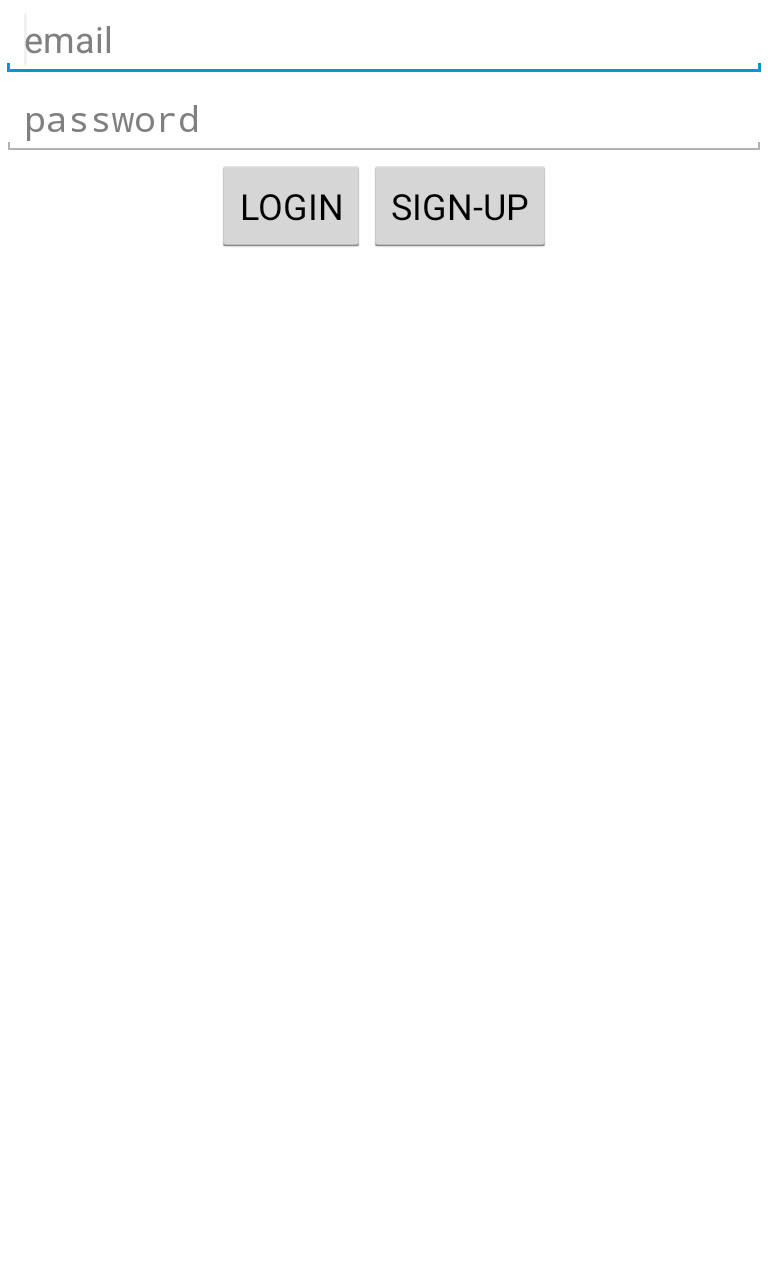
Repository: elvispap/The_Voice_of_People_Android_app
Layout: Voice of People/res/layout/login.xml
An editor plug-in stored every save of this project. The layout is shown before and after the next save, followed by the edit.
It is drawn on a 768 x 1280 px phone screen (xhdpi) without system bars, with theme AppTheme; the app's code is not run.

Above is the layout before, as saved 2014-01-02 16:02:39.

### Voice of People/res/layout/login.xml
<?xml version="1.0" encoding="utf-8"?>
<LinearLayout xmlns:android="http://schemas.android.com/apk/res/android"
    android:layout_width="250dp"
    android:layout_height="wrap_content"
    android:orientation="vertical"
    android:layout_gravity="center" >

    <EditText
        android:id="@+id/email"
        android:layout_width="match_parent"
        android:layout_height="wrap_content"
        android:ems="10"
        android:hint="email"
        android:inputType="textEmailAddress" >

        <requestFocus />
    </EditText>

    <EditText
        android:id="@+id/password"
        android:layout_width="match_parent"
        android:layout_height="wrap_content"
        android:ems="10"
        android:hint="password"
        android:inputType="textPassword" />

    <LinearLayout
    	    android:orientation="horizontal"
    	    android:layout_width="wrap_content"
       	    android:layout_height="wrap_content"
    	    android:layout_gravity="center">
    	 <Button
	        android:id="@+id/login_button"
	        android:layout_width="wrap_content"
	        android:layout_height="wrap_content"
	        android:text="LOGIN" />

	    <Button
	        android:id="@+id/signup_button"
	        android:layout_width="wrap_content"
	        android:layout_height="wrap_content"
	        android:text="SIGN-UP" />
    </LinearLayout>


</LinearLayout>

Loaded but not shown: Voice of People/res/values/styles.xml (common file); Voice of People/res/values-v11/styles.xml (common file); Voice of People/res/values-v14/styles.xml (common file)

After the next save:
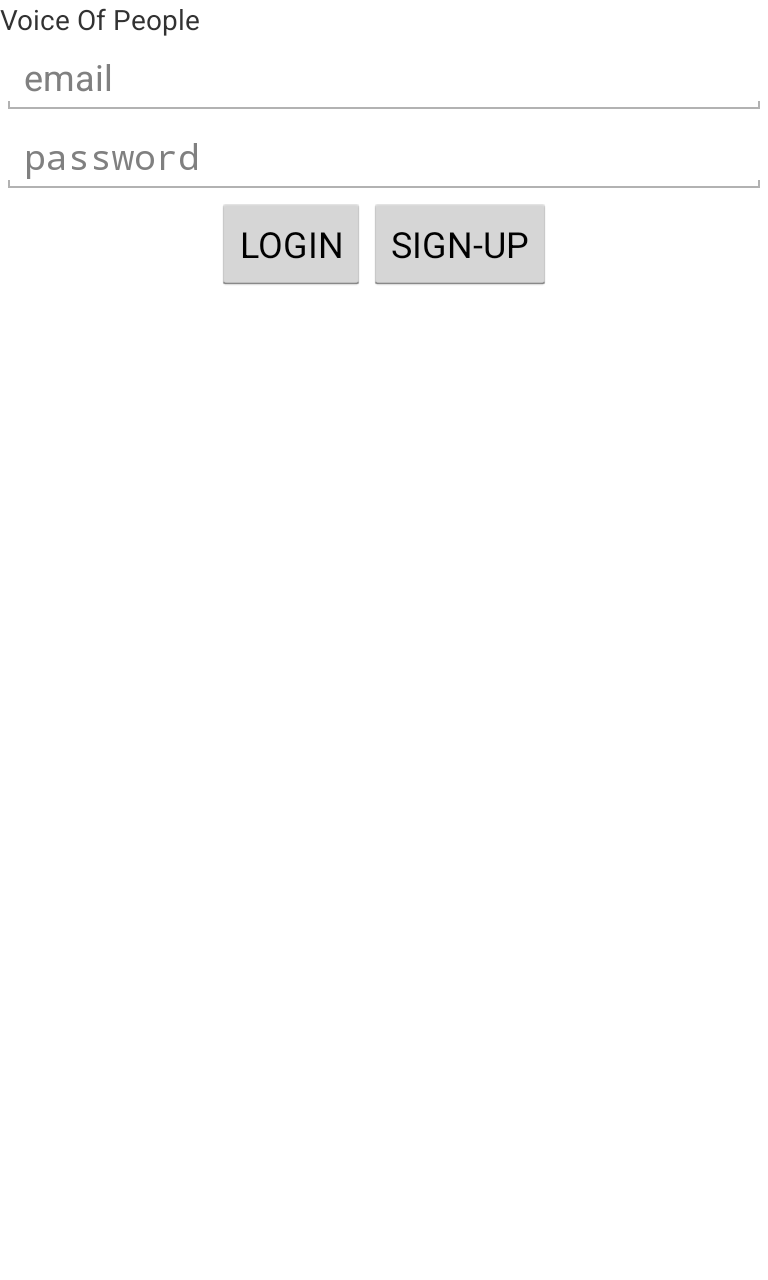
Saved 6 min 46 s later.
--- a/Voice of People/res/layout/login.xml
+++ b/Voice of People/res/layout/login.xml
@@ -5,16 +5,18 @@
     android:orientation="vertical"
     android:layout_gravity="center" >
 
+    <TextView
+        android:layout_width="match_parent"
+        android:layout_height="wrap_content"
+        android:text="Voice Of People"
+        />
     <EditText
         android:id="@+id/email"
         android:layout_width="match_parent"
         android:layout_height="wrap_content"
         android:ems="10"
         android:hint="email"
-        android:inputType="textEmailAddress" >
-
-        <requestFocus />
-    </EditText>
+        android:inputType="textEmailAddress" />
 
     <EditText
         android:id="@+id/password"
